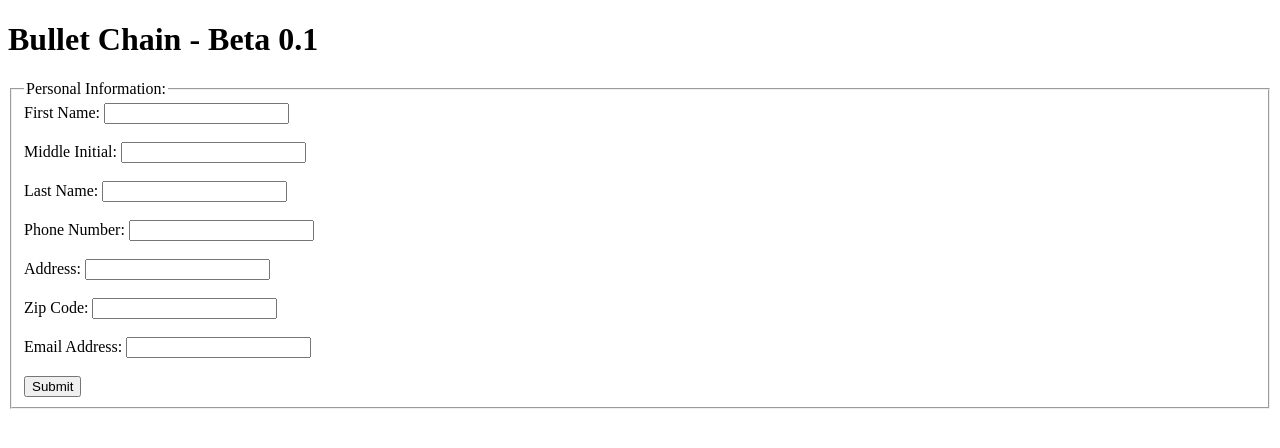
Repository: olaoluwasubxmi/BulletproofApp
Page: http://localhost/
The author's editor kept a copy of each file at every save. The page is drawn from the files as they stood at one save, then again after the next save.
The browser window is 1280 px wide. The pictures show the whole page.
The page is served by the project's application, run on Flask 3 (bulletchain/app.py).

Above is the page before, as saved 2023-04-29 14:57:35.

After the next save:
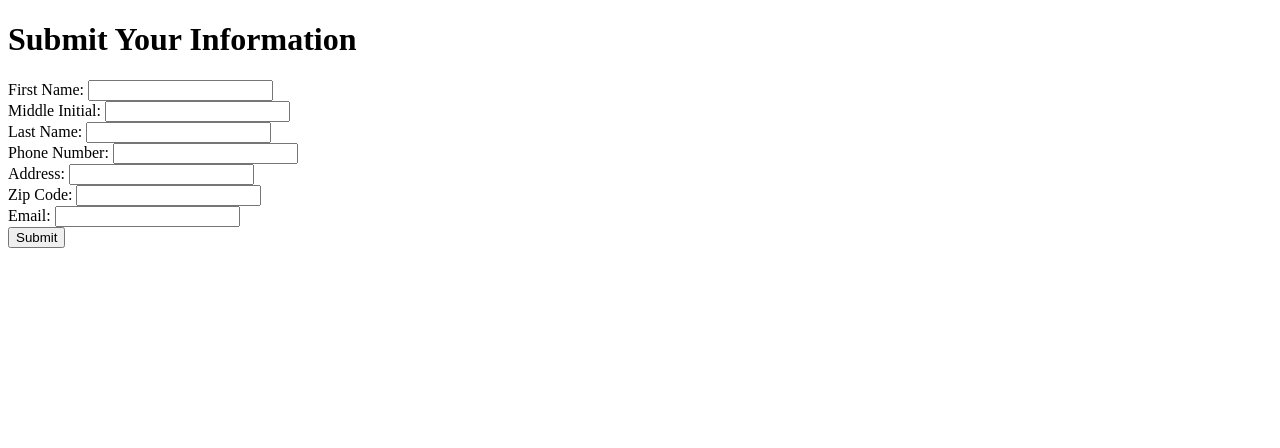
Saved 6 min 2 s later.
--- a/bulletchain/templates/form.html
+++ b/bulletchain/templates/form.html
@@ -1,29 +1,28 @@
 <!DOCTYPE html>
-<html>
-  <head>
-    <title>Bullet Chain</title>
-  </head>
-  <body>
-    <h1>Bullet Chain - Beta 0.1</h1>
-    <form action="{{ url_for('submit') }}" method="POST">
-      <fieldset>
-        <legend>Personal Information:</legend>
+<html lang="en">
+<head>
+    <meta charset="UTF-8">
+    <meta name="viewport" content="width=device-width, initial-scale=1.0">
+    <title>Hashing Form</title>
+</head>
+<body>
+    <h1>Submit Your Information</h1>
+    <form action="/submit" method="post">
         <label for="first_name">First Name:</label>
-        <input type="text" id="first_name" name="first_name"><br><br>
+        <input type="text" name="first_name" required><br>
         <label for="middle_initial">Middle Initial:</label>
-        <input type="text" id="middle_initial" name="middle_initial" maxlength="1"><br><br>
+        <input type="text" name="middle_initial" maxlength="1"><br>
         <label for="last_name">Last Name:</label>
-        <input type="text" id="last_name" name="last_name"><br><br>
+        <input type="text" name="last_name" required><br>
         <label for="phone_number">Phone Number:</label>
-        <input type="text" id="phone_number" name="phone_number"><br><br>
+        <input type="text" name="phone_number" required><br>
         <label for="address">Address:</label>
-        <input type="text" id="address" name="address"><br><br>
+        <input type="text" name="address" required><br>
         <label for="zip_code">Zip Code:</label>
-        <input type="text" id="zip_code" name="zip_code"><br><br>
-        <label for="email">Email Address:</label>
-        <input type="text" id="email" name="email"><br><br>
-        <input type="submit" value="Submit">
-      </fieldset>
+        <input type="text" name="zip_code" required><br>
+        <label for="email">Email:</label>
+        <input type="email" name="email" required><br>
+        <button type="submit">Submit</button>
     </form>
-  </body>
+</body>
 </html>

After the save that followed:
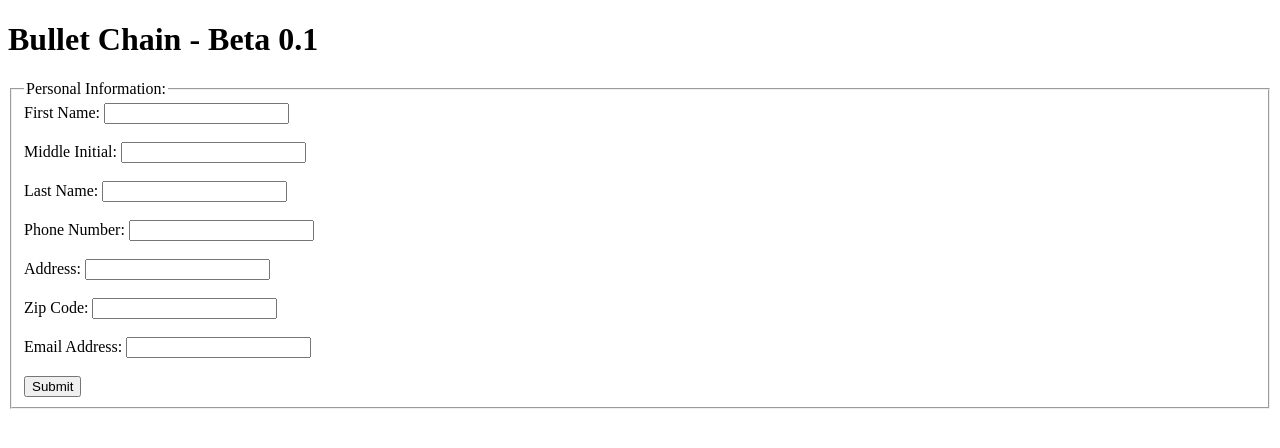
Saved 9 s later.
--- a/bulletchain/templates/form.html
+++ b/bulletchain/templates/form.html
@@ -1,28 +1,29 @@
 <!DOCTYPE html>
-<html lang="en">
-<head>
-    <meta charset="UTF-8">
-    <meta name="viewport" content="width=device-width, initial-scale=1.0">
-    <title>Hashing Form</title>
-</head>
-<body>
-    <h1>Submit Your Information</h1>
-    <form action="/submit" method="post">
+<html>
+  <head>
+    <title>Bullet Chain</title>
+  </head>
+  <body>
+    <h1>Bullet Chain - Beta 0.1</h1>
+    <form action="{{ url_for('submit') }}" method="POST">
+      <fieldset>
+        <legend>Personal Information:</legend>
         <label for="first_name">First Name:</label>
-        <input type="text" name="first_name" required><br>
+        <input type="text" id="first_name" name="first_name"><br><br>
         <label for="middle_initial">Middle Initial:</label>
-        <input type="text" name="middle_initial" maxlength="1"><br>
+        <input type="text" id="middle_initial" name="middle_initial" maxlength="1"><br><br>
         <label for="last_name">Last Name:</label>
-        <input type="text" name="last_name" required><br>
+        <input type="text" id="last_name" name="last_name"><br><br>
         <label for="phone_number">Phone Number:</label>
-        <input type="text" name="phone_number" required><br>
+        <input type="text" id="phone_number" name="phone_number"><br><br>
         <label for="address">Address:</label>
-        <input type="text" name="address" required><br>
+        <input type="text" id="address" name="address"><br><br>
         <label for="zip_code">Zip Code:</label>
-        <input type="text" name="zip_code" required><br>
-        <label for="email">Email:</label>
-        <input type="email" name="email" required><br>
-        <button type="submit">Submit</button>
+        <input type="text" id="zip_code" name="zip_code"><br><br>
+        <label for="email">Email Address:</label>
+        <input type="text" id="email" name="email"><br><br>
+        <input type="submit" value="Submit">
+      </fieldset>
     </form>
-</body>
+  </body>
 </html>
